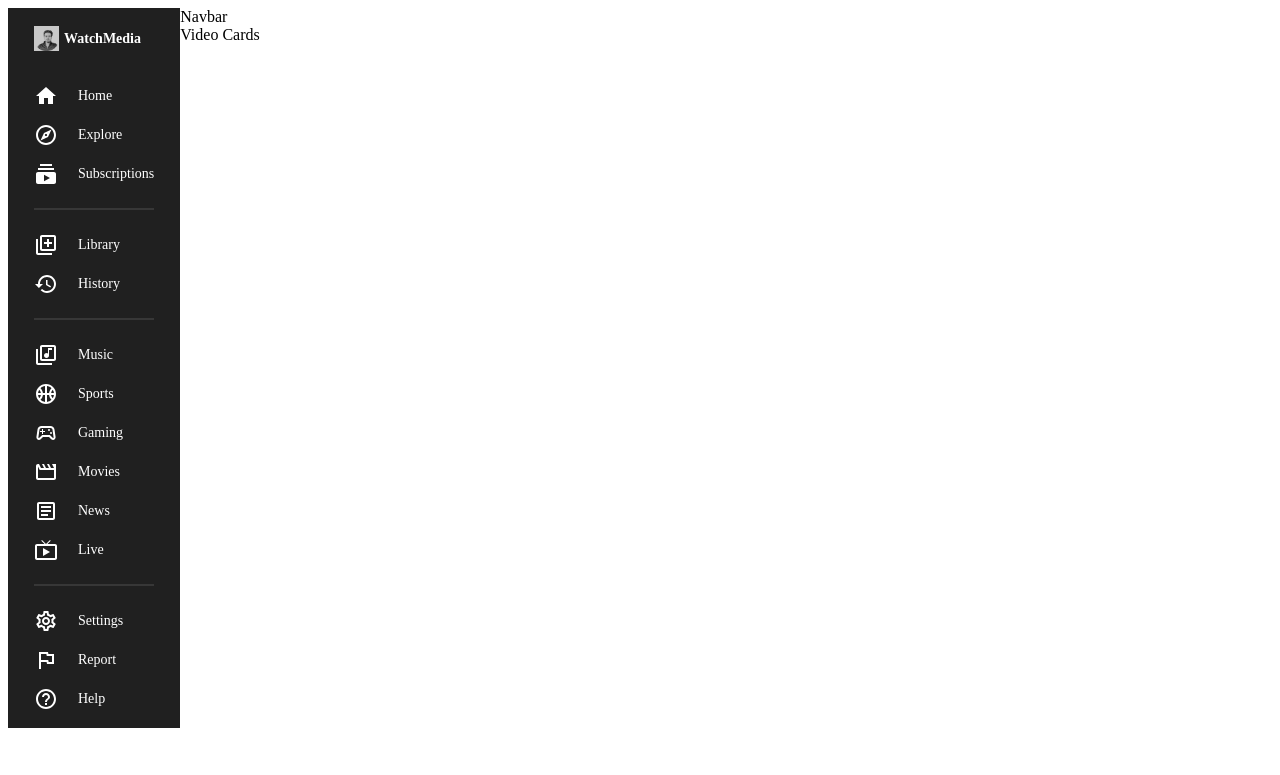
Repository: inzamamahmad3/final-year-project-skeleton
Page: /video/test
The author's editor kept a copy of each file at every save. The page is drawn from the files as they stood at one save, then again after the next save.
The browser window is 1280 px wide. The pictures show the whole page.
The project was rebuilt for these pictures with package versions that can differ from the ones it lists, and the page was loaded fresh each time.

Above is the page before, as saved 2023-07-18 00:23:32.

After the next save:
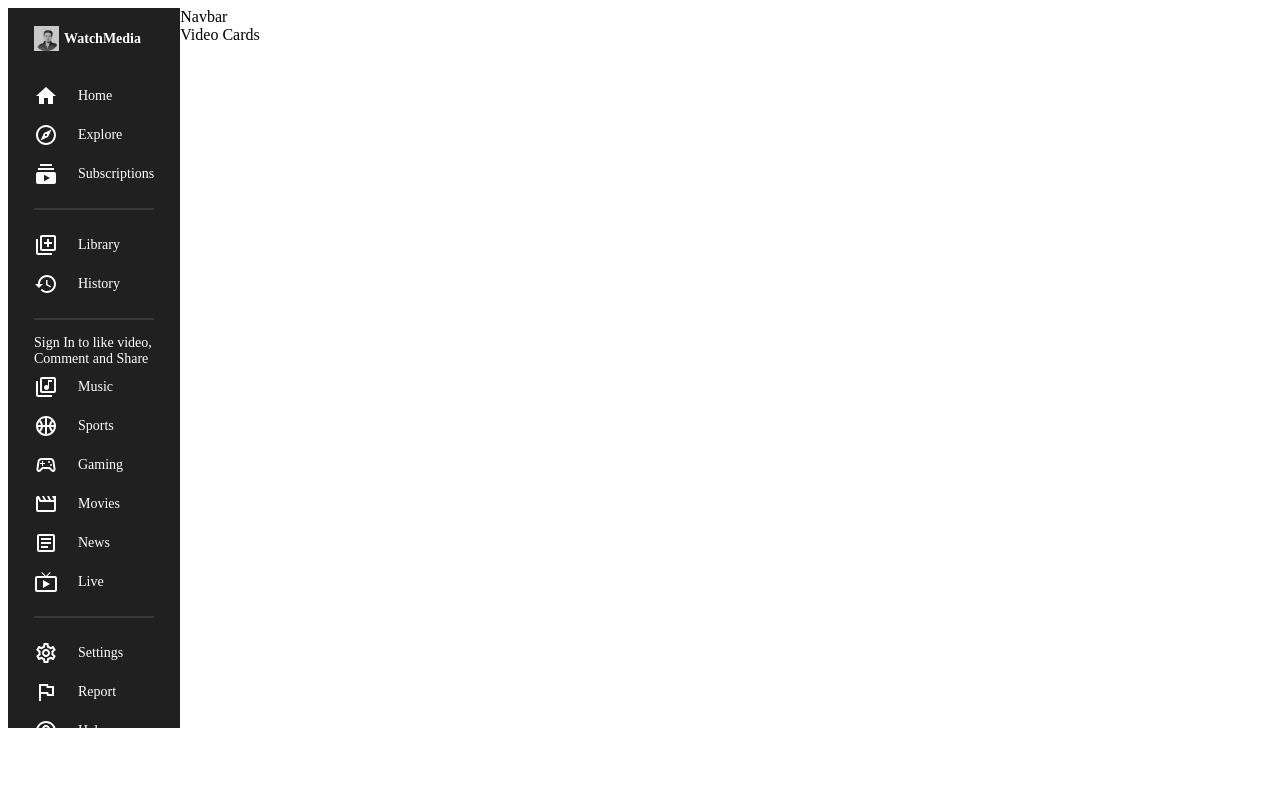
Saved 59 s later.
--- a/src/components/Menu.jsx
+++ b/src/components/Menu.jsx
@@ -89,6 +89,7 @@ function Menu() {
           History
         </Item>
         <Hr />
+        <Login>Sign In to like video, Comment and Share</Login>
         <Item>
           <LibraryMusicOutlinedIcon />
           Music
